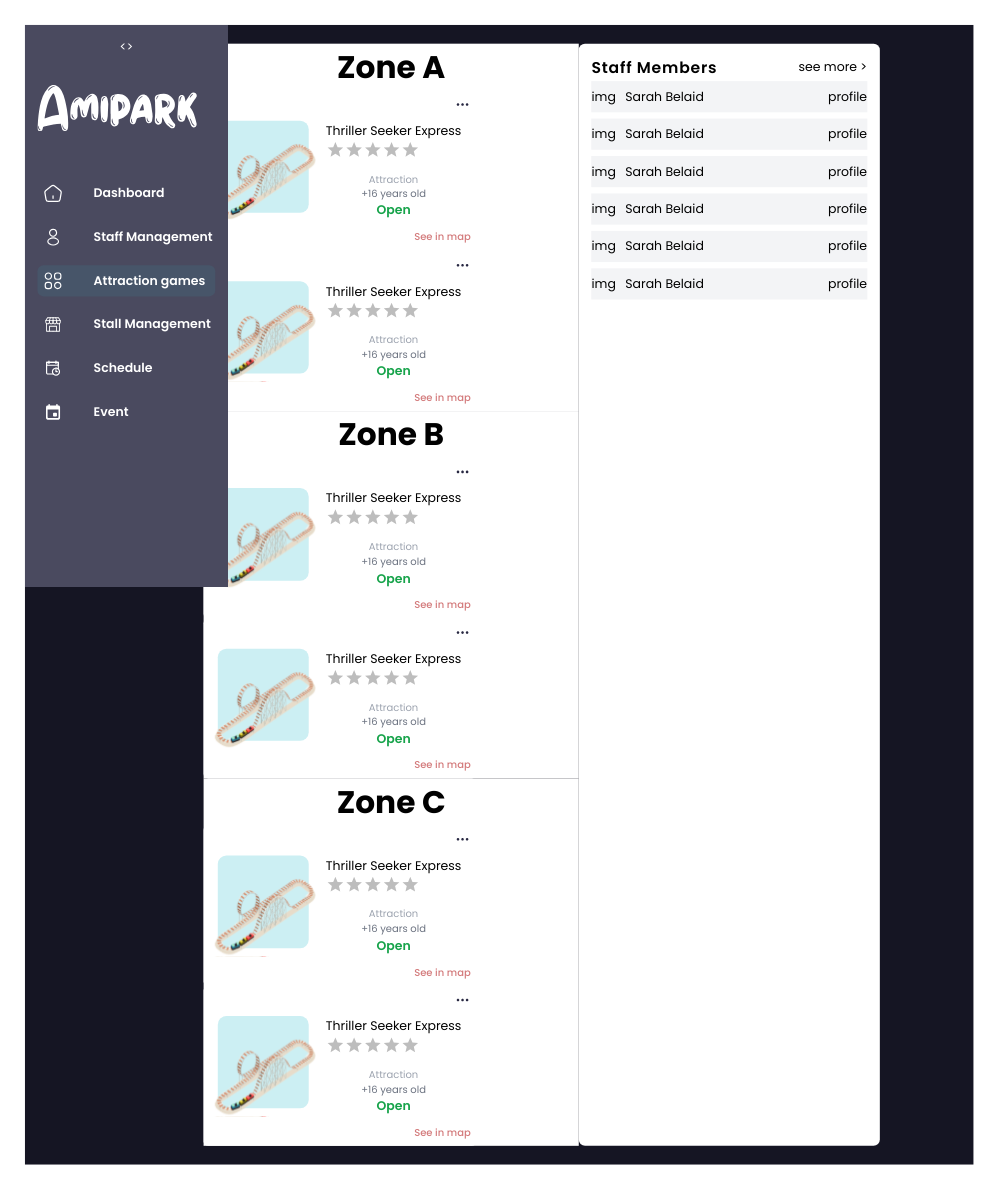
Repository: ImedBousakhria/BDD_AmusementPark_Management-Info
Page: /Attraction (app in client/)
These files come from the project's save history. The page is drawn as it stood at one moment and after the next save; the edit follows.
The browser window is 1280 px wide. The pictures show the whole page, at 78% of full size.
The project was rebuilt for these pictures with package versions that can differ from the ones it lists, and the page was loaded fresh each time. Also part of the build but not shown: client/vite.config.js, client/src/SignIn.jsx, client/src/Signup.jsx, client/src/LandingPage.jsx, client/src/components/Selector.jsx, client/src/Schedule.jsx, client/src/components/charts/AttendanceBars.jsx, client/src/components/charts/AttractionBars.jsx and 7 more.

Above is the page before, as saved 2024-01-10 14:30:31.

After the next save:
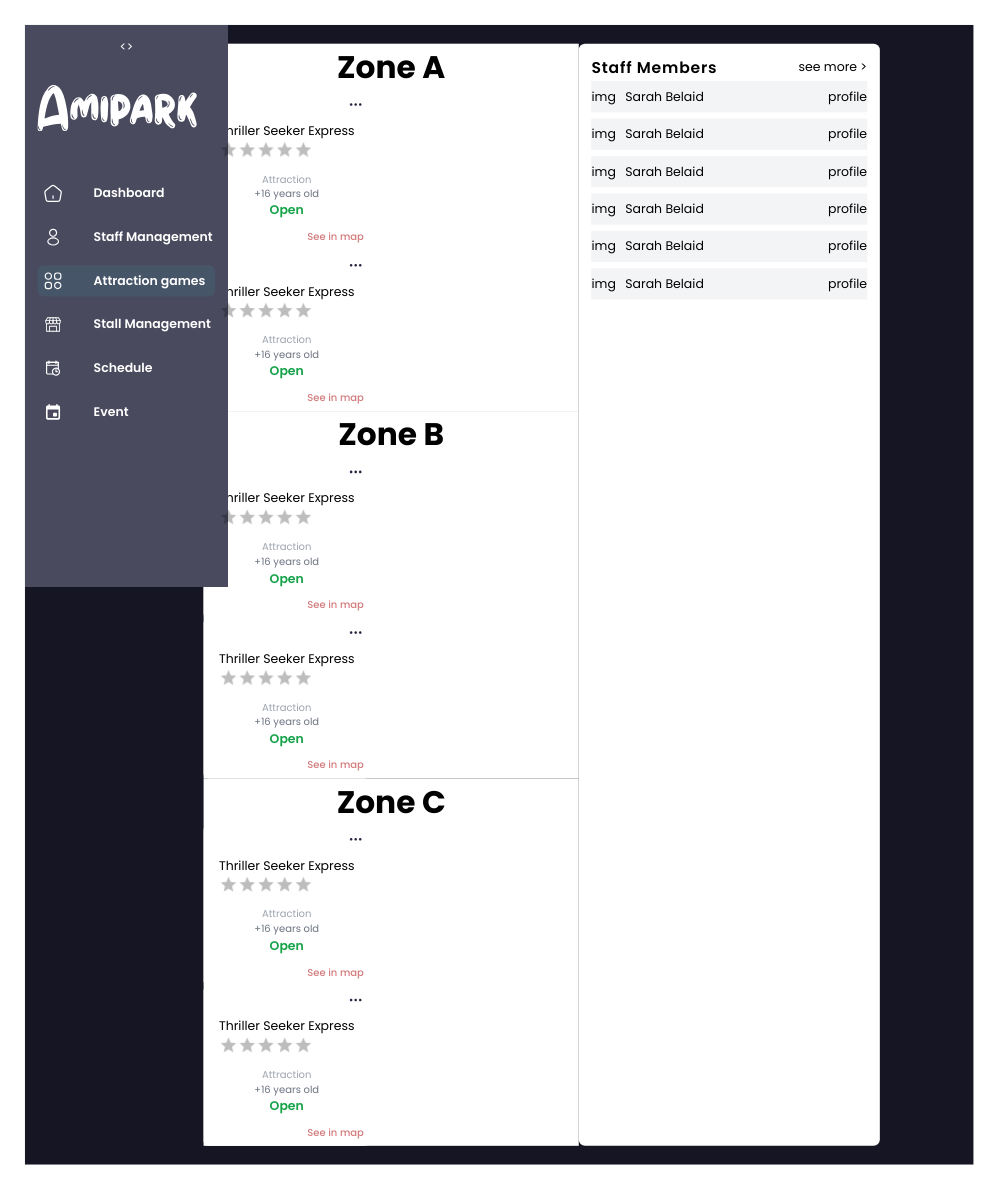
Saved 12 s later.
--- a/client/src/components/GameCard.jsx
+++ b/client/src/components/GameCard.jsx
@@ -3,7 +3,7 @@
 import moredots from "../assets/icons/moredots.svg";
 import Rating from "@material-ui/lab/Rating";
 
-const GameCard = () => {
+const GameCard = ({game}) => {
   return (
     <div className="flex flex-col bg-white h-max w-max rounded-md p-2">
       <img

After the save that followed:
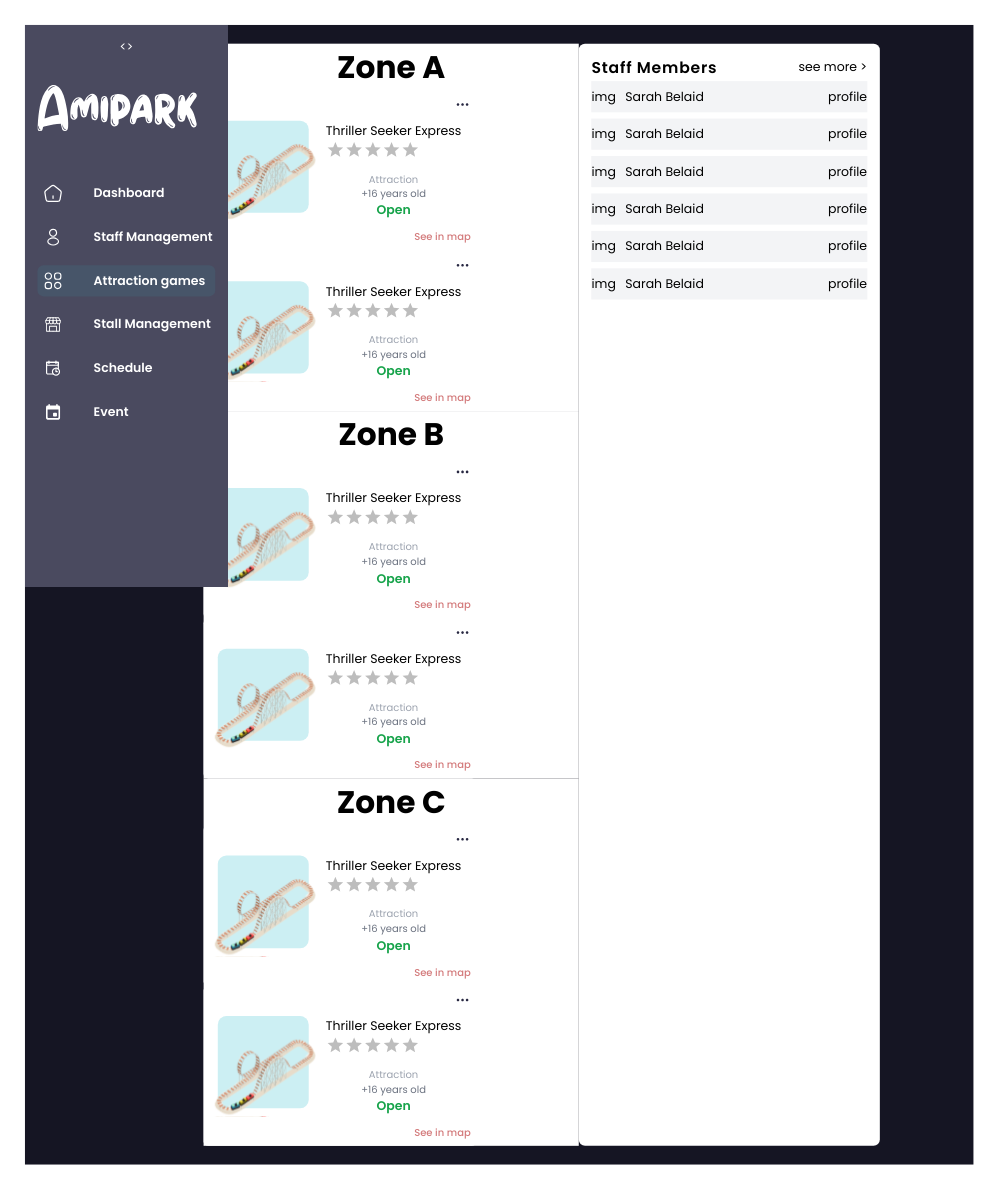
Saved 11 s later.
--- a/client/src/components/GameCard.jsx
+++ b/client/src/components/GameCard.jsx
@@ -3,7 +3,7 @@
 import moredots from "../assets/icons/moredots.svg";
 import Rating from "@material-ui/lab/Rating";
 
-const GameCard = ({game}) => {
+const GameCard = ({attraction}) => {
   return (
     <div className="flex flex-col bg-white h-max w-max rounded-md p-2">
       <img
